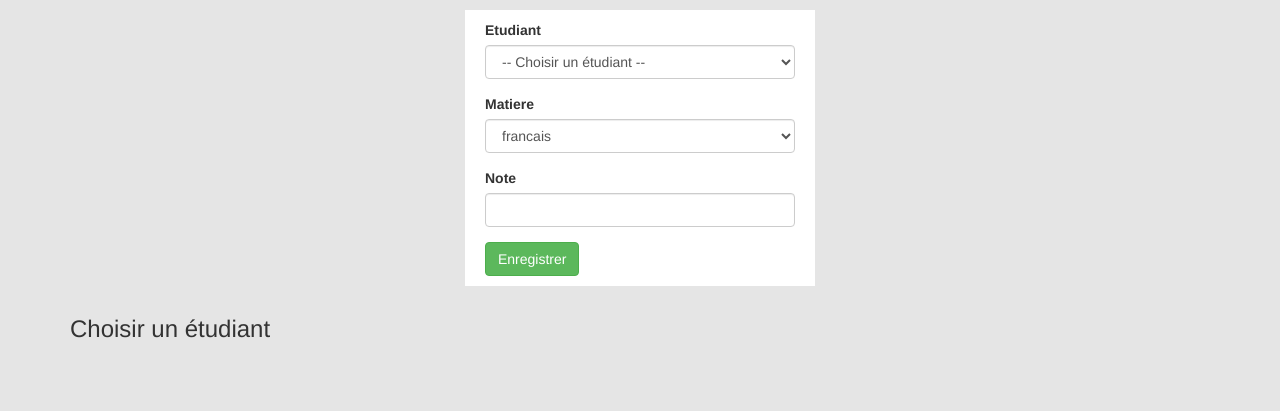
Repository: mitantsoa1/CRUD-note
Page: http://localhost/note
These files come from the project's save history. The page is drawn as it stood at one moment and after the next save; the edit follows.
The browser window is 1280 px wide. The pictures show the whole page.
The page is run by PHP 8.4 with error messages shown; the project is at /var/www/html/. The database holds what the project's SQL file puts in it.

Above is the page before, as saved 2021-02-12 20:33:07.
Console error: SyntaxError: Unexpected token '<'

After the next save:
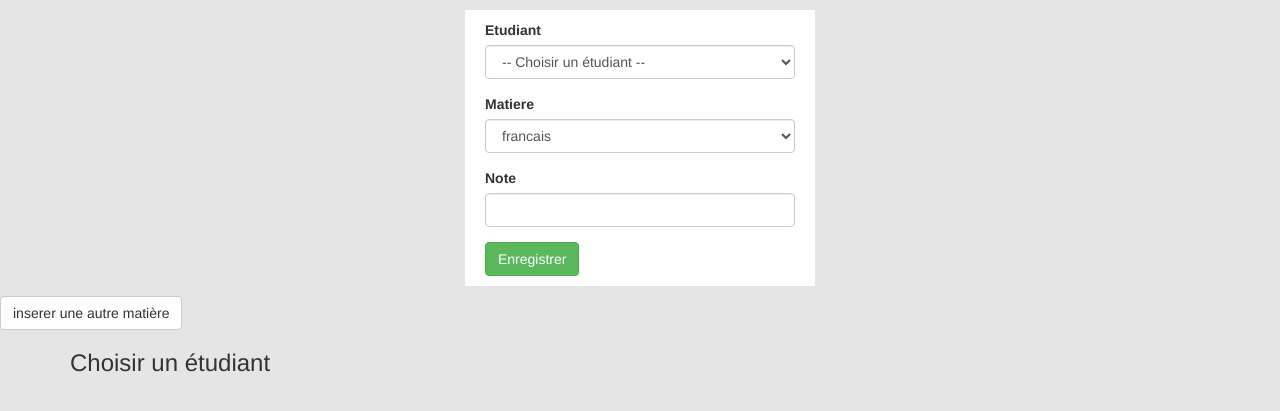
Saved 2 min 4 s later.
--- a/Views/gestion_note.php
+++ b/Views/gestion_note.php
@@ -62,6 +62,7 @@
                 <a href="#" id="btn_gestion_modif" class="hide btn btn-success">Modifier</a>
             </form>
         </div>
+        <a href="matiere" class="btn btn-default">inserer une autre matière</a>
         <div class="container affiche"></div>
 
         <?php
